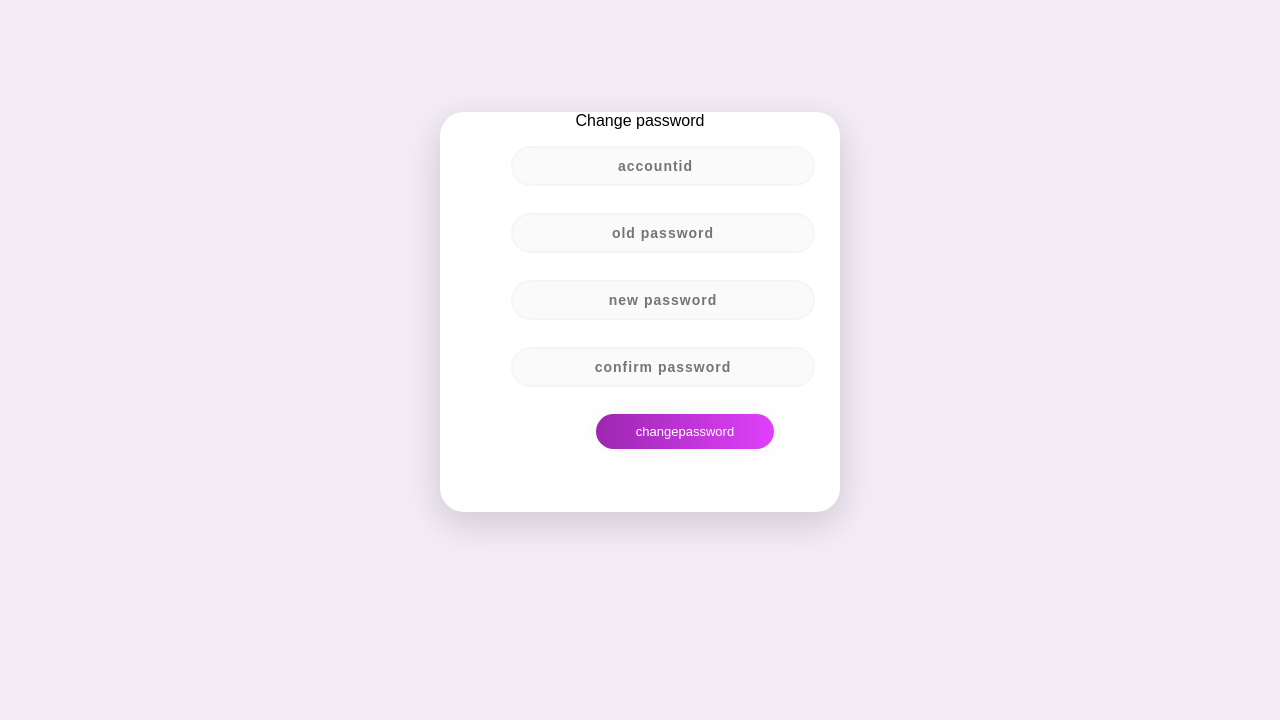
Repository: anujs099/bankingapp
Page: banking-application-final/WebContent/changepassword.html
The author's editor kept a copy of each file at every save. The page is drawn from the files as they stood at one save, then again after the next save.
The browser window is 1280 px wide. The pictures show the whole page.

Above is the page before, as saved 2021-03-07 15:07:28.

After the next save:
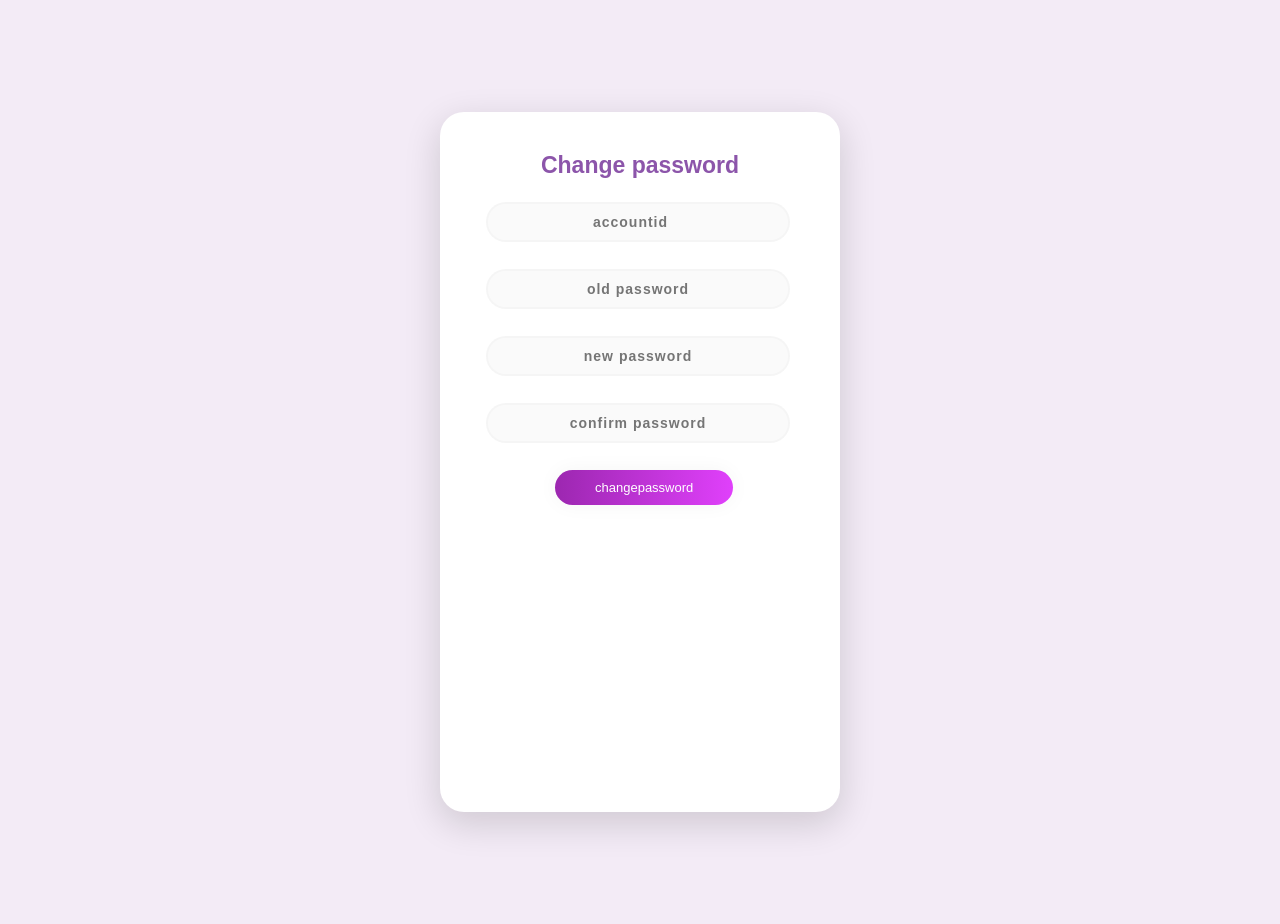
Saved 16 s later.
--- a/banking-application-final/WebContent/changepassword.html
+++ b/banking-application-final/WebContent/changepassword.html
@@ -7,7 +7,7 @@
 </head>
 <body>
 <div class="main" style="width: 400px;
-        height: 700px>
+        height: 700px">
 <p class="sign" align="center">Change password</p>
 
 <form action="changepassword" method="post">
